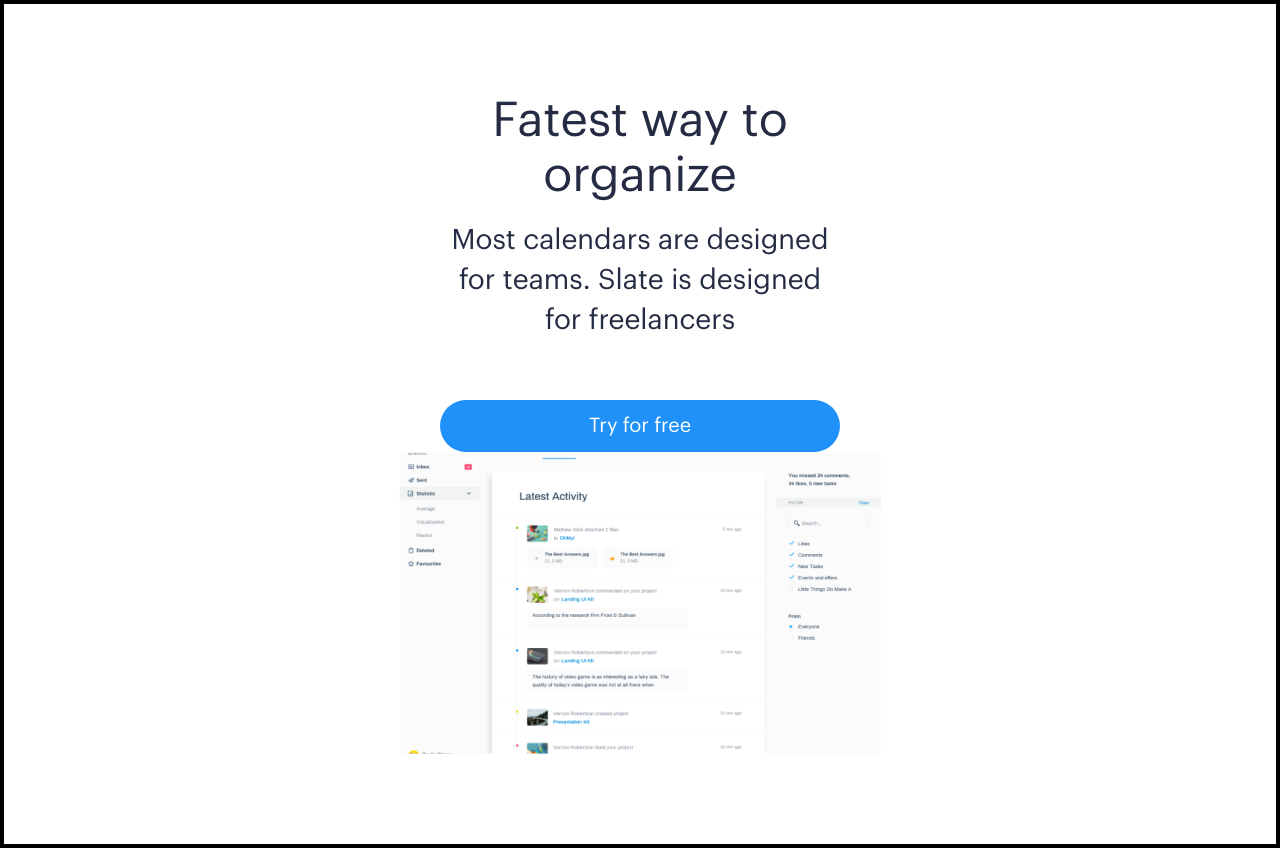
Repository: SK3010z/figmaland-tailwind
Page: /
An editor plug-in stored every save of this project. The page is shown before and after the next save, followed by the edit.
The browser window is 1280 px wide. The pictures show the whole page.
The project was rebuilt for these pictures with package versions that can differ from the ones it lists, and the page was loaded fresh each time. Also part of the build but not shown: vite.config.js, src/mediaQueries.jsx.

Above is the page before, as saved 2024-08-19 14:03:59.

After the next save:
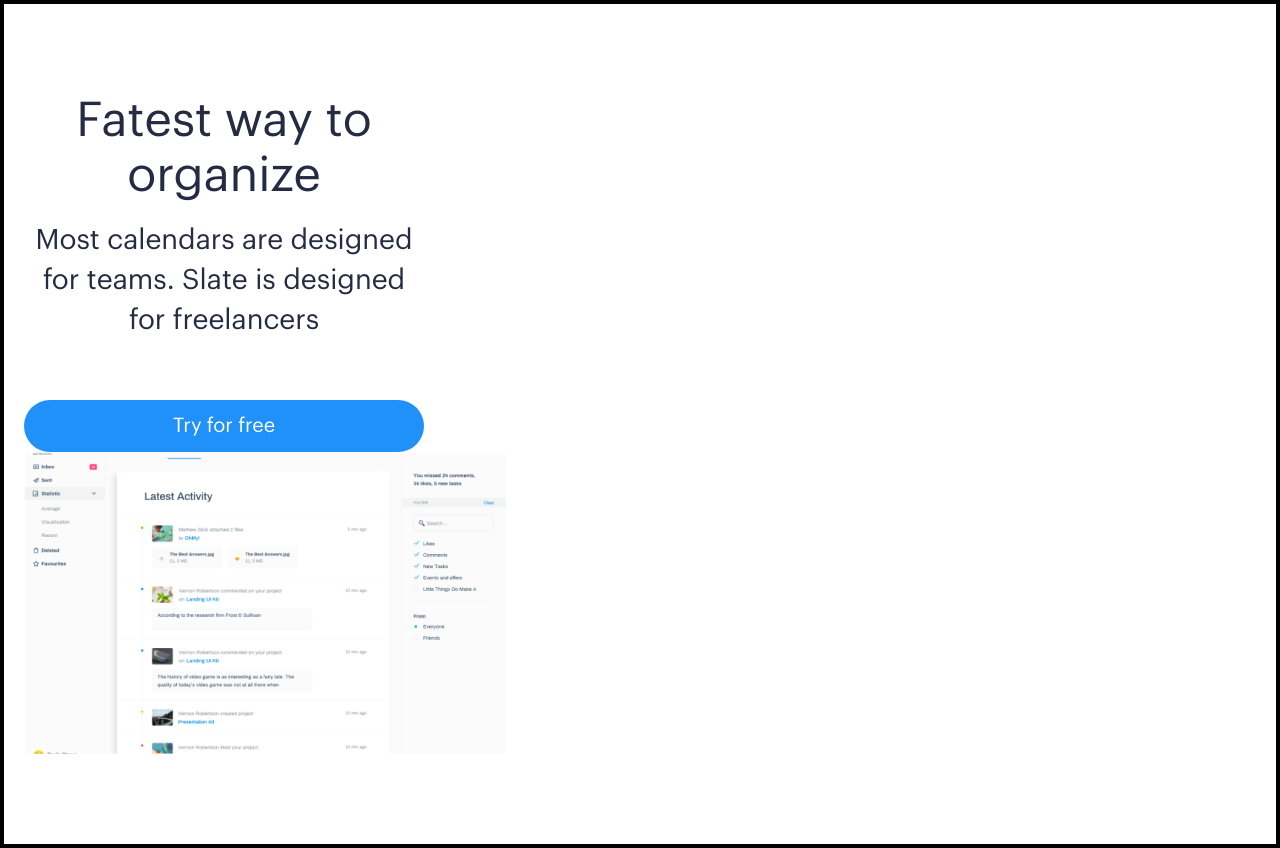
Saved 67 s later.
--- a/src/components/CalendarFeature/index.jsx
+++ b/src/components/CalendarFeature/index.jsx
@@ -4,8 +4,8 @@
 
 export const CalendarFeature = ({}) => {
     return (
-        <section className="bg-white py-[90px] px-5 flex flex-col items-center border-4 border-black">
-            <div className="w-full max-w-[400px]">
+        <section className="bg-white py-[90px] px-5  border-4 border-black">
+            <div className="w-full max-w-[400px] flex flex-col items-center">
                 <div className="flex flex-col">
                     <Heading type="h2" className="text-center">
                         Fatest way to organize
